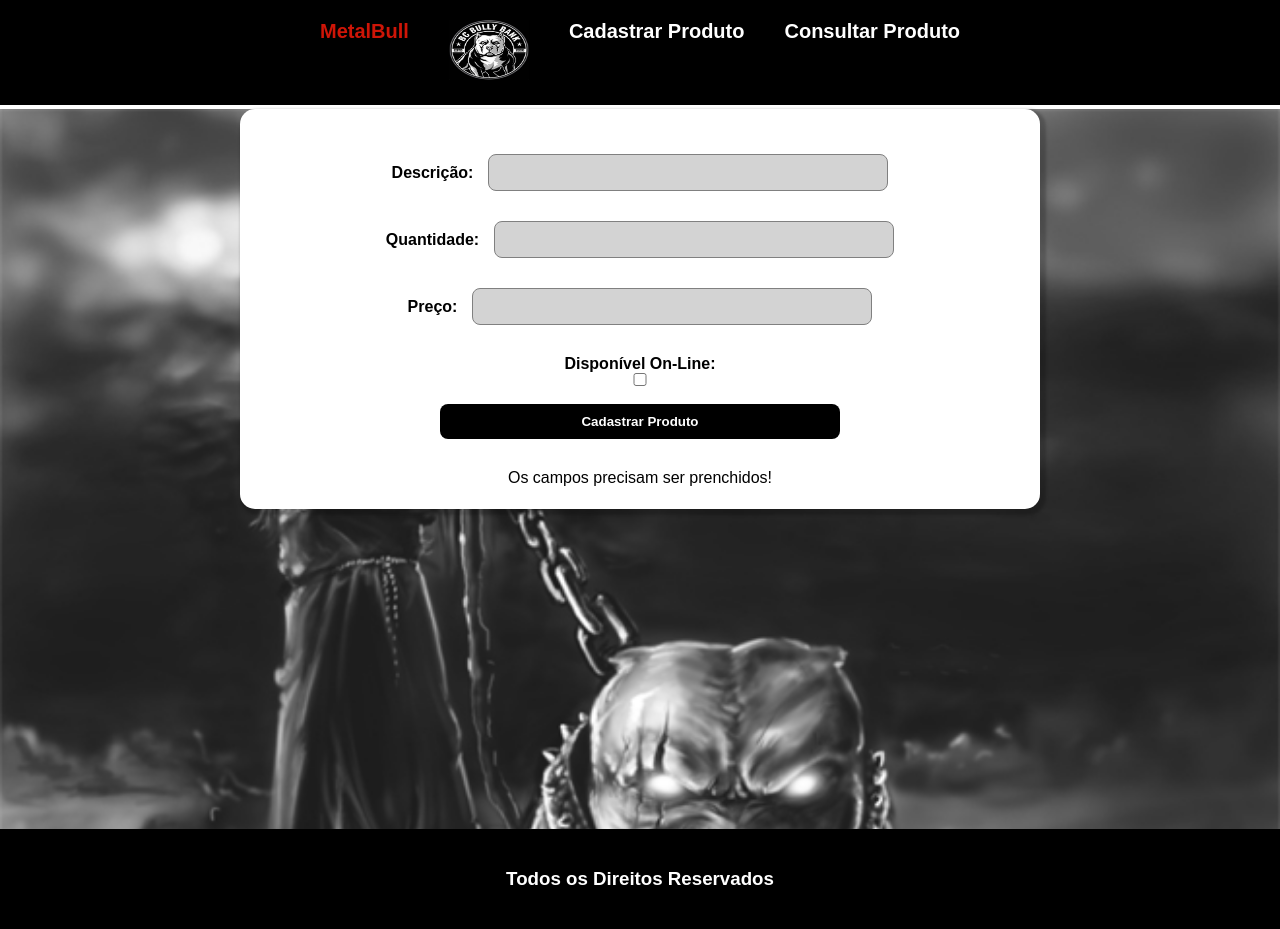
Repository: Vitor4863/Projeto-MetalBull
Page: http://localhost/MetalBull/cadastrarProduto
The author's editor kept a copy of each file at every save. The page is drawn from the files as they stood at one save, then again after the next save.
The browser window is 1280 px wide. The pictures show the whole page.
The page is served by Tomcat 9.

Above is the page before, as saved 2022-06-23 20:49:25.

After the next save:
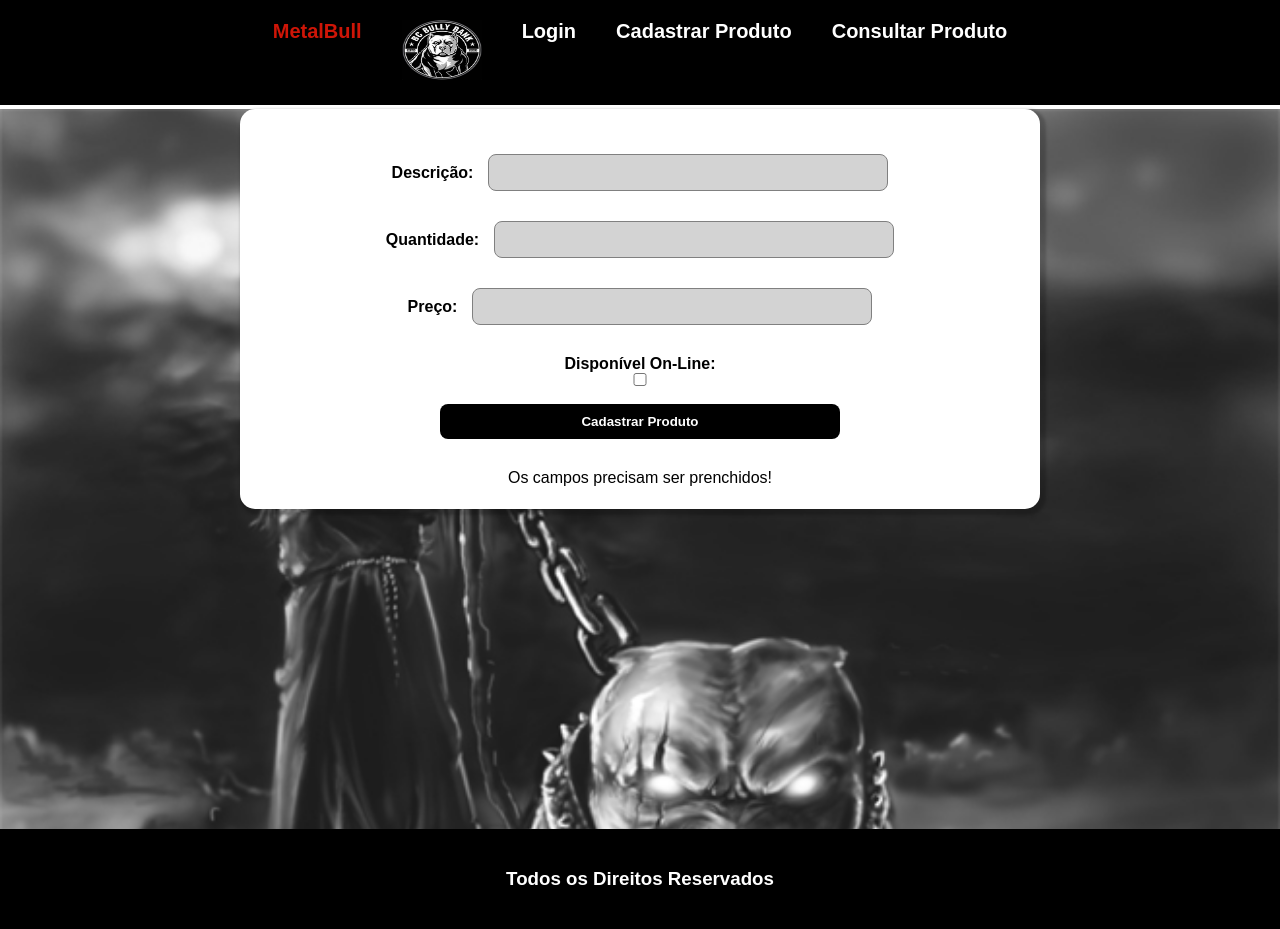
Saved 59 min 48 s later.
--- a/MetalBull/src/main/webapp/cadastrarProduto.jsp
+++ b/MetalBull/src/main/webapp/cadastrarProduto.jsp
@@ -13,6 +13,7 @@
 		<ul>
 			<li><span style="color: #ce1507">MetalBull</span></li>
 			<li><img src="img/Dog.jpg" height="60px" width="80"></li>
+			<li><a href="index.jsp" style="color: white;">Login </a></li>
 			<li><a href="cadastrarProduto.jsp" style="color: white;">Cadastrar Produto</a></li>
 			<li><a href="consultarProduto.jsp" style="color: white;">Consultar Produto</a></li>
 		</ul>

After the save that followed:
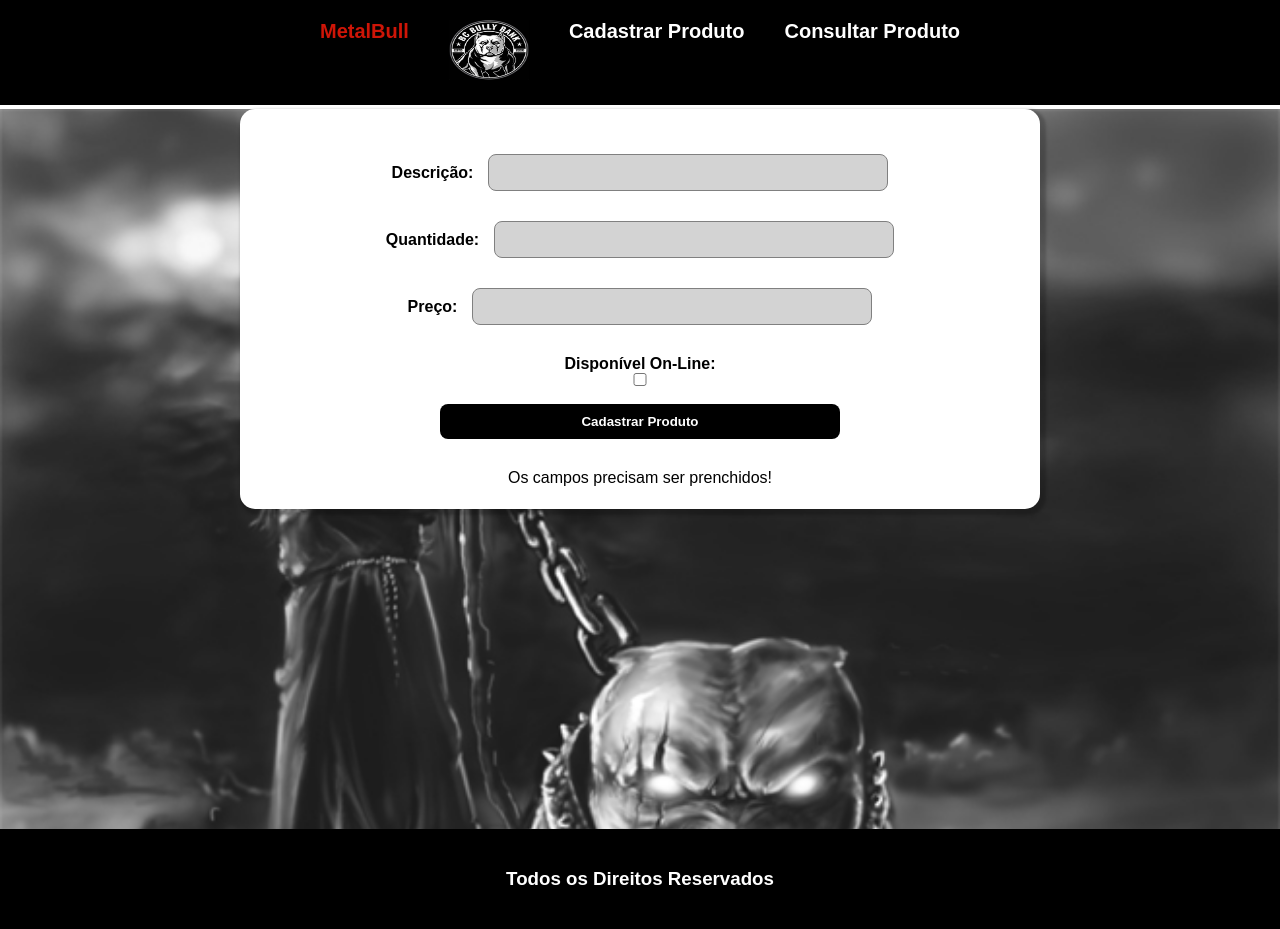
Saved 2 min 20 s later.
--- a/MetalBull/src/main/webapp/cadastrarProduto.jsp
+++ b/MetalBull/src/main/webapp/cadastrarProduto.jsp
@@ -13,7 +13,6 @@
 		<ul>
 			<li><span style="color: #ce1507">MetalBull</span></li>
 			<li><img src="img/Dog.jpg" height="60px" width="80"></li>
-			<li><a href="index.jsp" style="color: white;">Login </a></li>
 			<li><a href="cadastrarProduto.jsp" style="color: white;">Cadastrar Produto</a></li>
 			<li><a href="consultarProduto.jsp" style="color: white;">Consultar Produto</a></li>
 		</ul>
